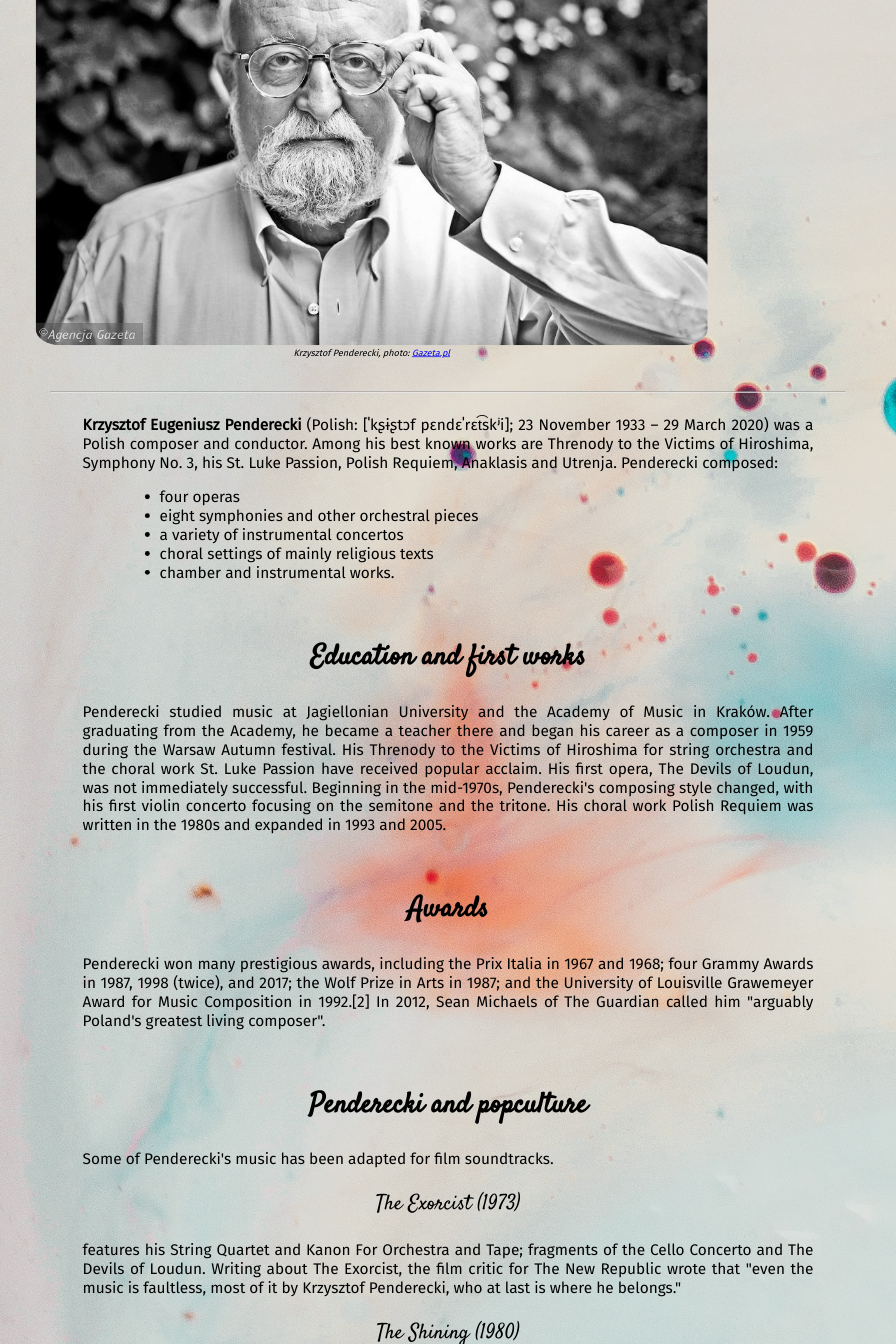
Repository: justynke/tribute_page
Page: index.html
These files come from the project's save history. The page is drawn as it stood at one moment and after the next save; the edit follows.
The browser window is 1280 px wide. The pictures show the part of the page from y = 373 to 2293 px (the page is 3618 px tall before and 3309 px after), at 70% of full size.

Above is the page before, as saved 2020-04-23 21:56:48.

After the next save:
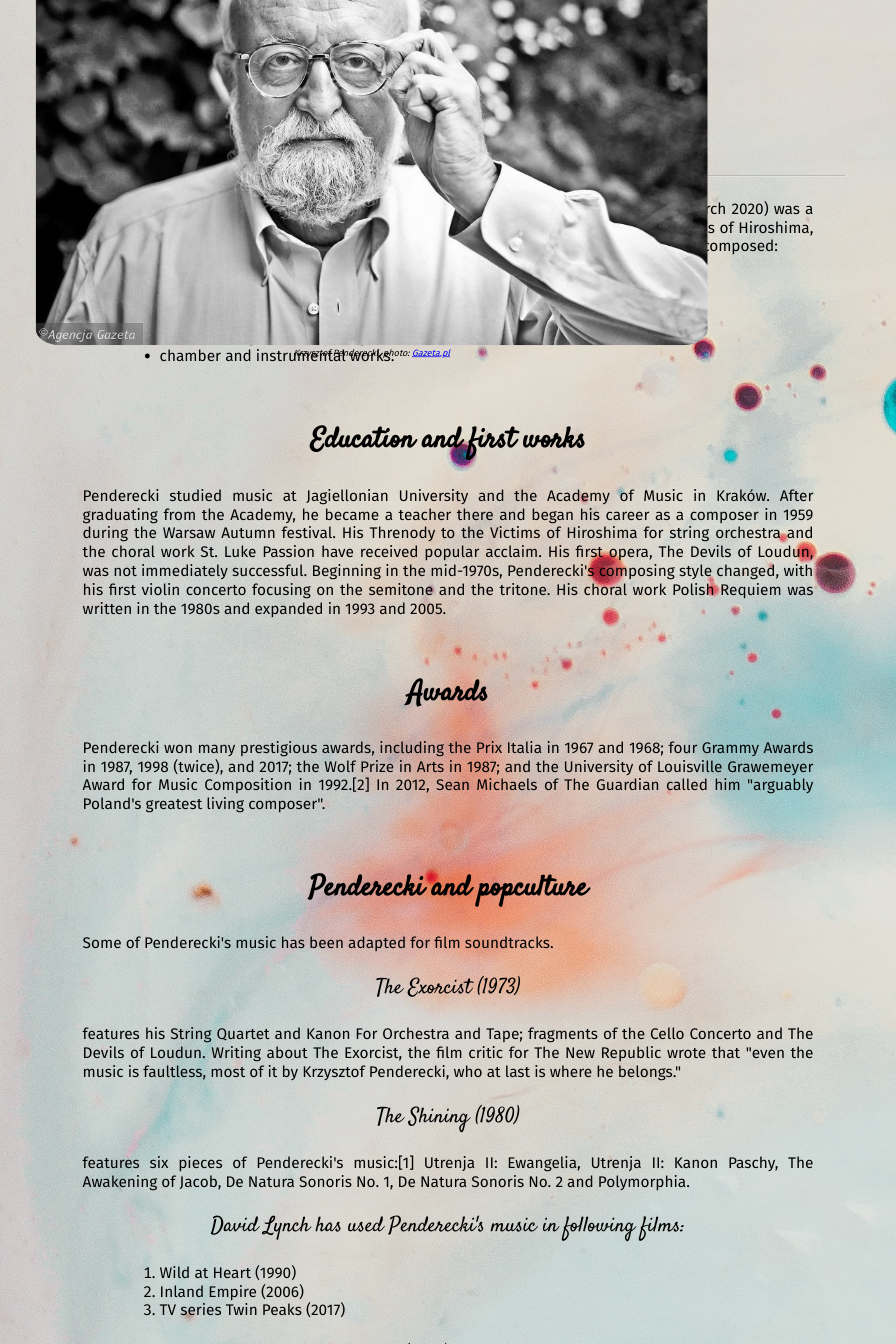
Saved 116 s later.
--- a/styles.css
+++ b/styles.css
@@ -26,6 +26,7 @@
 #img-div {
     display: flex;
     justify-items: center;
+    height: 30vw;
 }
 
 #image {

After the save that followed:
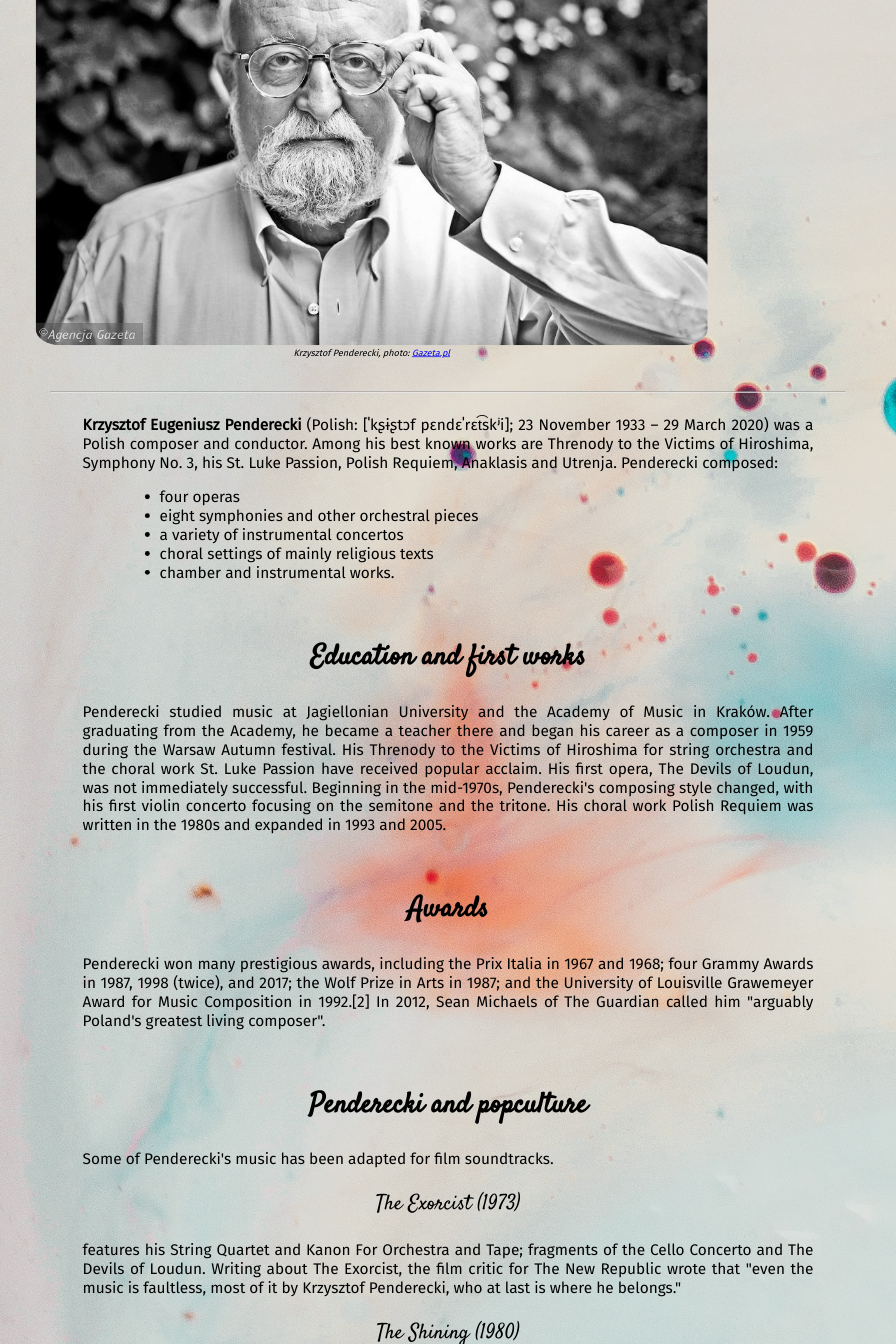
Saved 26 s later.
--- a/styles.css
+++ b/styles.css
@@ -26,7 +26,6 @@
 #img-div {
     display: flex;
     justify-items: center;
-    height: 30vw;
 }
 
 #image {
